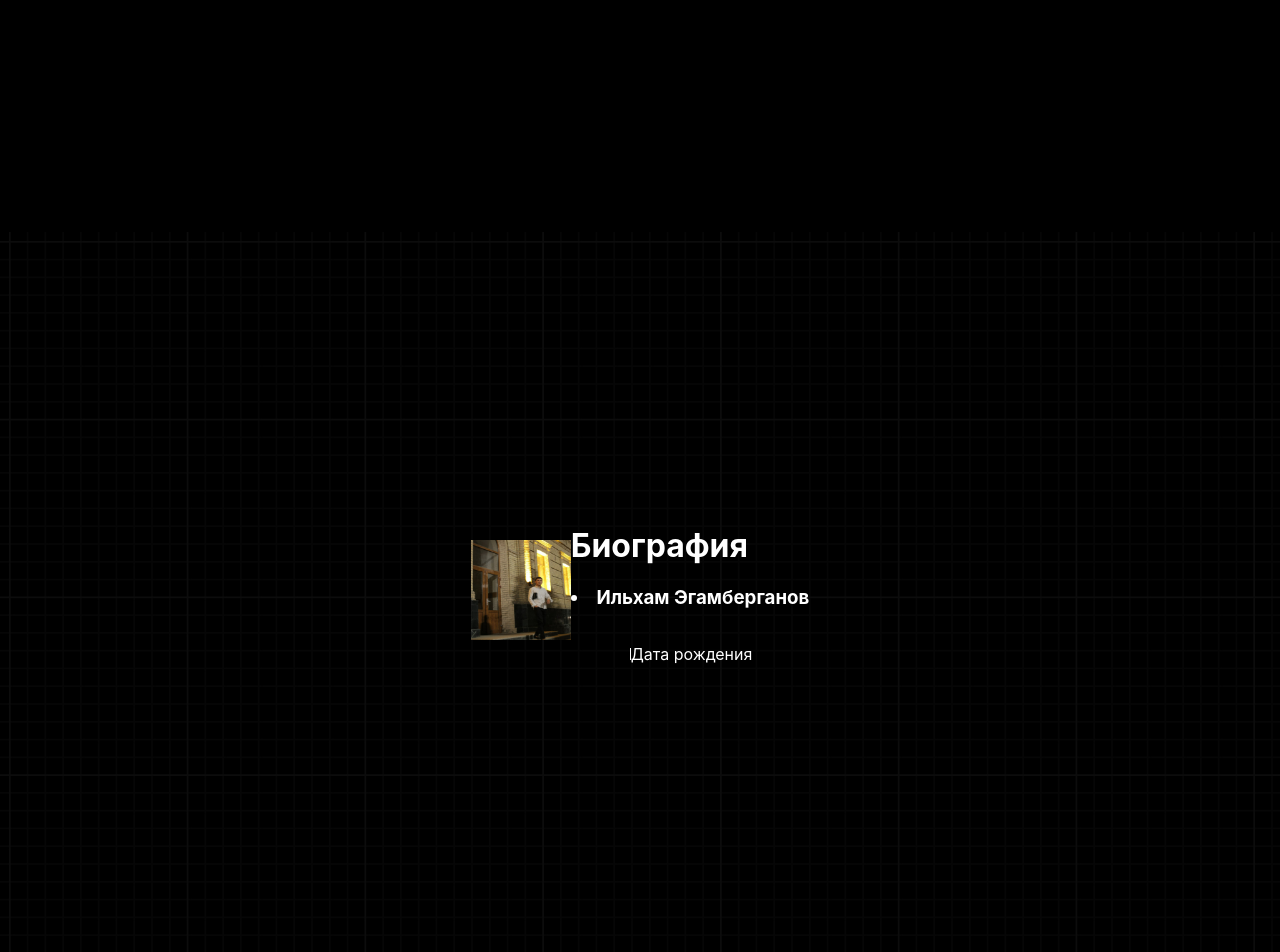
Repository: sardorexe/xishnik
Page: /
The author's editor kept a copy of each file at every save. The page is drawn from the files as they stood at one save, then again after the next save.
The browser window is 1280 px wide. The pictures show the part of the page from y = 488 to 1440 px (the page is 1440 px tall).
Pictures or frames that could not be fetched are drawn as grey boxes. Some web fonts or font styles are not loaded; a fallback is used. The project was rebuilt for these pictures with package versions that can differ from the ones it lists, and the page was loaded fresh each time. Some packages were replaced by stand-ins written for this rebuild. The framework's server and built-in components were replaced by stand-ins that run in the browser. Also part of the build but not shown: next.config.js.

Above is the page before, as saved 2021-09-27 15:27:35.

### pages/_app.js
import "../styles/globals.css";
import Layout from "../comps/layout";
import Head from "next/head"

function MyApp({ Component, pageProps }) {
  return (
    <Layout>
      <Component {...pageProps} />
    </Layout>
  );
}

export default MyApp;

### pages/_document.js
import Document, { Html, Head, Main, NextScript } from "next/document";

class MyDocument extends Document {
  static async getInitialProps(ctx) {
    const initialProps = await Document.getInitialProps(ctx);
    return { ...initialProps };
  }

  render() {
    return (
      <Html lang="en">
        <Head />
        <body>
          <Main />
          <NextScript />
        </body>
      </Html>
    );
  }
}

export default MyDocument

### pages/index.js
import Head from "next/head";
import Biography from "../comps/Biography";
import Header from "../comps/Header";

export default function Home() {
  return (
    <>
      <Head>
        <title>Xishnik</title>
        <meta name="description" content="Xishnik gang bang" />
        <link rel="preconnect" href="https://fonts.googleapis.com" />
        <link rel="preconnect" href="https://fonts.gstatic.com" crossOrigin />
        <link
          href="https://fonts.googleapis.com/css2?family=Buenard:wght@700&family=Inter:wght@100;200;300&family=Poppins:wght@700;800;900&display=swap&family=Racing+Sans+One&display=swap"
          rel="stylesheet"
        />
      </Head>
     <Header />
     <Biography />
    </>
  );
}

### styles/globals.css
::-webkit-scrollbar {
  display: none;
}


html,
body {
  padding: 0;
  margin: 0;
  font-family: -apple-system, BlinkMacSystemFont, Segoe UI, Roboto, Oxygen,
    Ubuntu, Cantarell, Fira Sans, Droid Sans, Helvetica Neue, sans-serif;
  box-sizing: border-box;
}

a {
  color: inherit;
  text-decoration: none;
}

* {
  box-sizing: border-box;
}

### comps/layout.js
import Indicator from "./Indicator";

export default function Layout({ children }) {
  return (
    <>
      <Indicator />
      {children}
    </>
  );
}

### comps/Biography.js
import styles from "../styles/Biography.module.css";
import Image from "next/image";
import AboutBox from "./miniComp/AboutBox";

export default function Biography() {
  return (
    <main className={styles.container}>
      <div className={styles.img}>
        <Image
          alt="xishnik, ilhom, xiwnik, hishnik, hiwnik, litsey, yurist, xorazm, gurlan"
          src="/biography.jpg"
          width={100}
          height={100}
        />
      </div>
      <div className={styles.content}>
        <h1 className={styles.contentTitle}>Биография</h1>
        <h3><li>Ильхaм Эгамберганов</li></h3>
        <div className={styles.about}>
          <AboutBox icon="fal fa-calendar" title="Дата рождения" content="" />
        </div>
      </div>
    </main>
  );
}

### comps/Header.js
import styles from "../styles/Home.module.css";

export default function Header() {
  return (
    <>
      <header className={styles.header}>
        <div className={styles.background}>
          <video
            loop
            muted
            autoPlay
            style={{
              objectFit: "cover",
              height: "100%",
              width: "40%",
              opacity: "0.6",
            }}
            src="/background.mp4"
          ></video>
        </div>
        <div className={styles.content}>
          <div className={styles.textContent}>
            <h1>XISHNIK GANG</h1>
            <li> -- Я получу всё что хочу</li>
          </div>
        </div>
      </header>
    </>
  );
}

### comps/Indicator.js
import { useState, useEffect } from "react";

export default function Indicator() {
  const [width, setWidth] = useState(0);
  const watchScrolling = () => {
    let winScroll =
      document.body.scrollTop || document.documentElement.scrollTop;
    let height =
      document.documentElement.scrollHeight -
      document.documentElement.clientHeight;
    let scrolled = (winScroll / height) * 100;
    setWidth(scrolled);
  };

  useEffect(() => {
    window.onscroll = function () {
      watchScrolling();
    };
  }, [width]);

  return (
    <>
      <div className="indicator"></div>
      <style jsx>{`
        .indicator {
          position: fixed;
          top: 0;
          left: 0;
          width: ${width}%;
          height: 4px;
          background: #fff;
          z-index: 99999999;
        }
      `}</style>
    </>
  );
}

### styles/Biography.module.css
.container {
    height: 100vh;
    background: url(/background.jpg);
    background-size: cover;
    background-repeat: no-repeat;
    display: flex;
    flex-direction: row;
    justify-content: center;
    align-items: center;
    color: #fff;
}

### comps/miniComp/AboutBox.js
export default function AboutBox({ icon, title, content }) {
  return (
    <>
      <div className="aboutBox">
        <div className="icon">
          <i className={icon}></i>
        </div>
        <div className="text">
          <p className="title">{title}</p>
          <p className="content">{content}</p>
        </div>
      </div>
      <style jsx>{`
        .aboutBox {
          display: flex;
          flex-direction: row;
          align-items: center;
          justify-content: center;
          margin-right: 10px;
        }

        .icon {
          padding: 6px;
          border-right: 1px solid #fff;
        }

        .icon i {
          color: #fff;
        }
      `}</style>
    </>
  );
}

### styles/Home.module.css
.header {
  background-color: #000;
  height: 100vh;
  display: flex;
  justify-content: center;
  align-items: center;
}

.background {
  width: 80%;
  height: 100vh;
  position: absolute;
  top: 0;
  left: 0;
}

.content {
  margin-left: 80px;
  width: 60%;
  height: 100%;
  z-index: 9999;
  display: flex;
  justify-content: center;
  align-items: center;
  background: rgb(0, 0, 0);
}

.content h1 {
  font-family: 'Racing Sans One', cursive;
  font-size: 46px;
  margin: 0;
  font-weight: 700;
  z-index: 9999;
  color: #fff;
}

.content li {
  color: rgba(255, 255, 255, 0.527);
  font-family: 'Inter', sans-serif;
  font-weight: lighter;
}

After the next save:
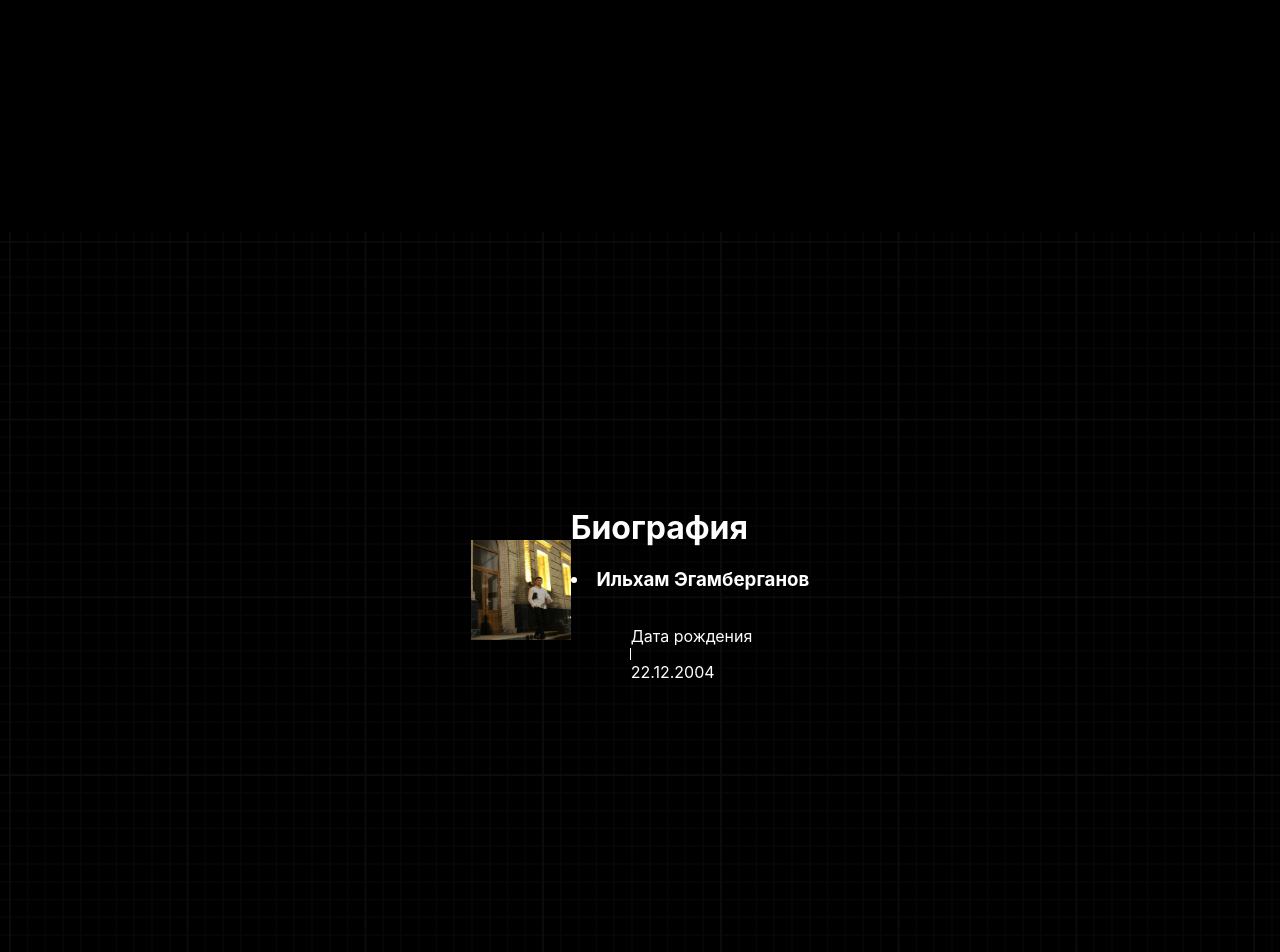
Saved 4 s later.
--- a/comps/Biography.js
+++ b/comps/Biography.js
@@ -15,9 +15,15 @@ export default function Biography() {
       </div>
       <div className={styles.content}>
         <h1 className={styles.contentTitle}>Биография</h1>
-        <h3><li>Ильхaм Эгамберганов</li></h3>
+        <h3>
+          <li>Ильхaм Эгамберганов</li>
+        </h3>
         <div className={styles.about}>
-          <AboutBox icon="fal fa-calendar" title="Дата рождения" content="" />
+          <AboutBox
+            icon="fal fa-calendar"
+            title="Дата рождения"
+            content="22.12.2004"
+          />
         </div>
       </div>
     </main>
